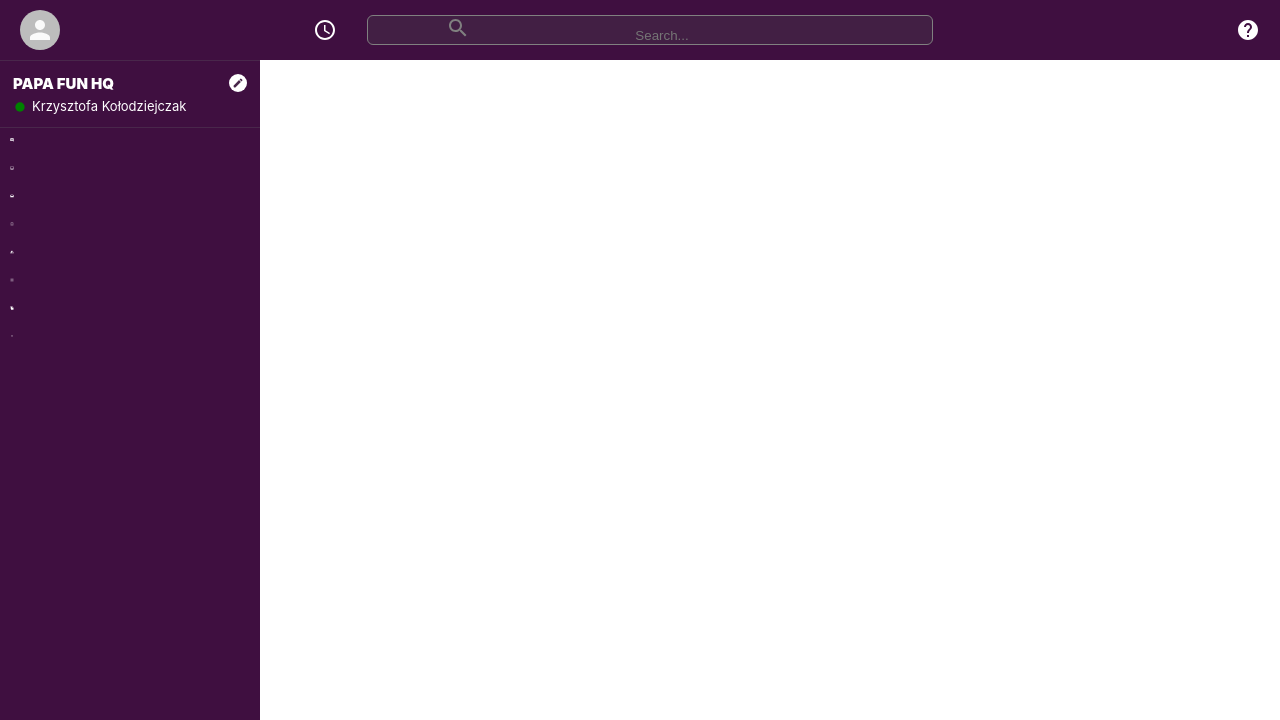
Repository: KrzysKolo/slackClone
Page: /
An editor plug-in stored every save of this project. The page is shown before and after a run of saves, followed by the edit.
The browser window is 1280 px wide. The pictures show the whole page.
The project was rebuilt for these pictures with package versions that can differ from the ones it lists, and the page was loaded fresh each time. Also part of the build but not shown: src/App.css, src/pages/About/About.js.

Above is the page before, as saved 2021-12-27 16:02:12.

### src/index.css
* {
  margin: 0;
  padding: 0;
  box-sizing: border-box;
}
body {
  --slack-color: #3f0f40;
  overflow: hidden;

  margin: 0;
  font-family: -apple-system, BlinkMacSystemFont, 'Segoe UI', 'Roboto', 'Oxygen',
    'Ubuntu', 'Cantarell', 'Fira Sans', 'Droid Sans', 'Helvetica Neue',
    sans-serif;
  -webkit-font-smoothing: antialiased;
  -moz-osx-font-smoothing: grayscale;
}

code {
  font-family: source-code-pro, Menlo, Monaco, Consolas, 'Courier New',
    monospace;
}

### src/App.js
import './App.css';
import {BrowserRouter as Router, Routes, Route, Link } from 'react-router-dom';
import { AppBody } from './style';
import { About } from './pages'
import { Header, Sidebar } from './components';

function App() {
  return (
    <Router>
      <>
        <Header />
        <AppBody>
          <Sidebar />
          <Routes>
            <Route path='/' exact  />
          </Routes>
        </AppBody>
      </>
    </Router>
  );
}

export default App;

### src/style.js
import styled from 'styled-components';

export const AppBody = styled.div`
  display: flex;
  height: 100vh;
`;

### src/components/index.js
export { default as Header } from './Header';
export { default as Sidebar } from './Sidebar';
export { default as SidebarOption } from './SidebarOption';

### src/components/SidebarOption/index.js
export { default } from './SidebarOption';

### src/components/Header/Header.js
import React from 'react';
import { HeaderContainer, HeaderLeft, HeaderAvatar, HeaderSearch, HeaderRight } from './style';
import AccessTimeIcon from '@material-ui/icons/AccessTime';
import SearchIcon from '@material-ui/icons/Search';
import HelpIcon from '@material-ui/icons/Help';


const Header = () => {
  return (
    <HeaderContainer>
      {/*  Header Left */}
      <HeaderLeft>
        <HeaderAvatar

         />
         <AccessTimeIcon />
      </HeaderLeft>
      {/*  Header Search */}
      <HeaderSearch>
        <SearchIcon />
        <input placeholder='Search...' />
      </HeaderSearch>
      {/*  Header Right */}
      <HeaderRight>
        <HelpIcon />
      </HeaderRight>
    </HeaderContainer>
  )
}

export default Header;

### src/components/Sidebar/Sidebar.js
import React from 'react';
import { SidebarContainer, SidebarHead, SidebarInfo } from './style';
import { SidebarOption } from './../';
import FiberManualRecordIcon from '@material-ui/icons/FiberManualRecord';
import CreateIcon from '@material-ui/icons/Create';
import InsertCommentIcon from '@material-ui/icons/InsertComment';
import InboxIcon from '@material-ui/icons/Inbox';
import DraftsIcon from '@material-ui/icons/Drafts';
import BookmarkBorderIcon from '@material-ui/icons/BookmarkBorder';
import PeopleAltIcon from '@material-ui/icons/PeopleAlt';
import AppsIcon from '@material-ui/icons/Apps';
import FileCopyIcon from '@material-ui/icons/FileCopy';
import ExpandLessIcon from '@material-ui/icons/ExpandLess';




const Sidebar = () => {
  return (
    <SidebarContainer>
      <SidebarHead>
        <SidebarInfo>
          <h2>PAPA FUN HQ</h2>
          <h3>
            <FiberManualRecordIcon  />
            Krzysztofa Kołodziejczak
          </h3>
        </SidebarInfo>
        <CreateIcon />
      </SidebarHead>
      <SidebarOption Icon={InsertCommentIcon} title="Threads" />
      <SidebarOption Icon={InboxIcon} title="Mentions & reactions" />
      <SidebarOption Icon={DraftsIcon} title="Saved items" />
      <SidebarOption Icon={BookmarkBorderIcon} title="Channel browser" />
      <SidebarOption Icon={PeopleAltIcon} title="People & user groups" />
      <SidebarOption Icon={AppsIcon} title="Apps" />
      <SidebarOption Icon={FileCopyIcon} title="File browser" />
      <SidebarOption Icon={ExpandLessIcon} title="Show less" />
    </SidebarContainer>
  )
}

export default Sidebar;

### src/components/SidebarOption/SidebarOption.js
import React from 'react';
import {SidebarOptionContainer} from './style';

const SidebarOption = ({ Icon, title }) => {
  return (
    <SidebarOptionContainer>
      { Icon && <Icon style={{ padding: 10 }}/> }
    </SidebarOptionContainer>
  )
}

export default SidebarOption;

### src/components/Header/style.js
import styled from 'styled-components';
import { Avatar } from '@material-ui/core';

export const HeaderContainer = styled.header`
  display: flex;
  position: fixed;
  width: 100%;
  align-items: center;
  justify-content: space-between;
  padding: 10px 0;
  background-color: var(--slack-color);
  color: white;
`;
export const HeaderLeft = styled.div`
  flex: 0.3;
  display: flex;
  align-items: center;
  margin-left: 20px;
  > .MuiSvgIcon-root {
    margin-left: auto;
    margin-right: 30px;
  }
`;

export const HeaderAvatar = styled(Avatar)`
  cursor: pointer;

  :hover {
    opacity: 0.8;
  }
`;

export const HeaderSearch = styled.div`
  flex: 0.4;
  opacity: 1;
  border-radius: 6px;
  background-color: #421f44;
  text-align: center;
  padding: 0 50px;
  color: gray;
  border: 1px gray solid;
  > input {
    background-color: transparent;
    border: none;
    text-align: center;
    min-width: 30vw;
    outline: 0;
    color: white;
  }
`;
export const HeaderRight = styled.div`
  flex: 0.3;
  display: flex;
  align-items: flex-end;
  > .MuiSvgIcon-root {
    margin-left: auto;
    margin-right: 20px;
  }
`;

### src/components/Sidebar/style.js
import styled from 'styled-components';

export const SidebarContainer = styled.div`
  color: white;
  background-color: var(--slack-color);
  flex: 0.3;
  border-top: 1px solid #49274b;
  max-width: 260px;
  margin-top: 60px;
`;

export const SidebarHead = styled.div`
  display: flex;
  border-bottom: 1px solid #49274b;
  padding: 13px;
  > .MuiSvgIcon-root {
    padding: 3px;
    color: #49274b;
    font-size: 18px;
    background: #fff;
    border-radius: 50%;
  }
`;

export const SidebarInfo = styled.div`
  flex: 1;
  > h2 {
  font-size: 15px;
  font-weight: 900;
  margin-bottom: 5px;
  }
  > h3 {
    display: flex;
    font-size: 13px;
    font-weight: 400;
    align-items: center;
  }
  > h3 > .MuiSvgIcon-root {
      font-size: 14px;
      margin-right: 5px;
      margin-top: 1px;
      color: green;
    }
`;

### src/components/SidebarOption/style.js
import styled from 'styled-components';

export const SidebarOptionContainer = styled.div``

Loaded but not shown: public/index.html (common file); src/index.js (common file); src/pages/index.js (common file); src/pages/About/index.js (common file); src/components/Header/index.js (common file); src/components/Sidebar/index.js (common file)

After the next 2 saves:
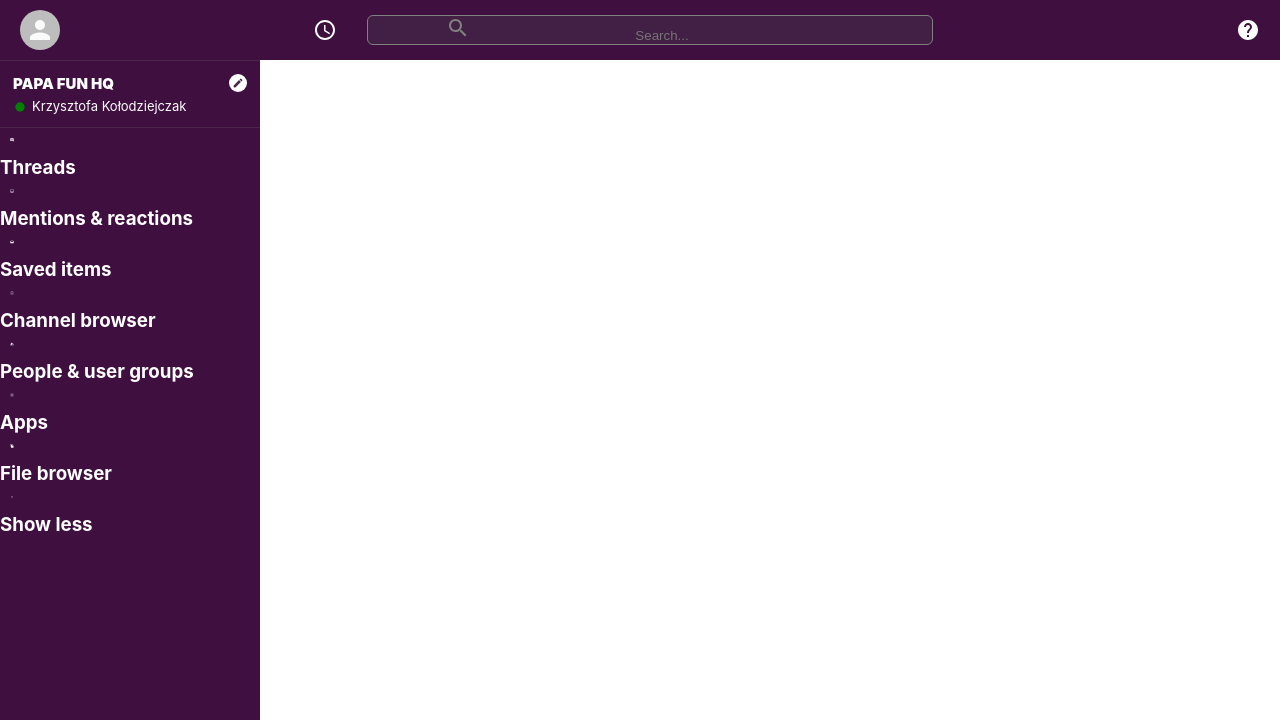
The 2 saves are shown as one change because 1 did not build or start.
The last was saved 3 min 42 s later.
--- a/src/components/SidebarOption/SidebarOption.js
+++ b/src/components/SidebarOption/SidebarOption.js
@@ -5,6 +5,13 @@ const SidebarOption = ({ Icon, title }) => {
   return (
     <SidebarOptionContainer>
       { Icon && <Icon style={{ padding: 10 }}/> }
+      {Icon ?
+      (
+        <h3>{title}</h3>
+      )
+      : (
+        <h3>sdsdsdsds</h3>
+      )}
     </SidebarOptionContainer>
   )
 }
